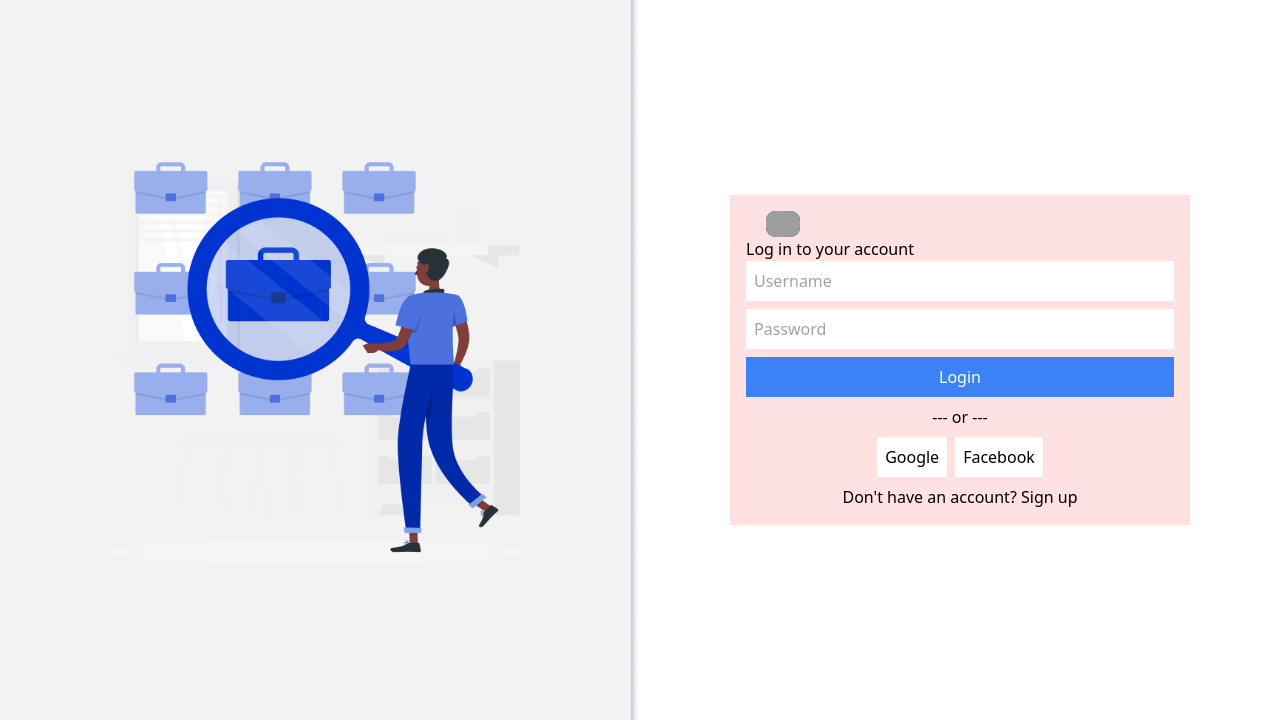
Repository: Abdibaye/Job-Sphere
Page: /
These files come from the project's save history. The page is drawn as it stood at one moment and after the next save; the edit follows.
The browser window is 1280 px wide. The pictures show the whole page.
Pictures or frames that could not be fetched are drawn as grey boxes. The project was rebuilt for these pictures with package versions that can differ from the ones it lists, and the page was loaded fresh each time. Also part of the build but not shown: vite.config.js, src/components/navbar.jsx, src/components/search.jsx, src/components/job.jsx, src/components/feed.jsx, src/components/saved.jsx, src/components/filter.jsx, src/components/pagination.jsx and 1 more.

Above is the page before, as saved 2025-02-17 22:59:06.

After the next save:
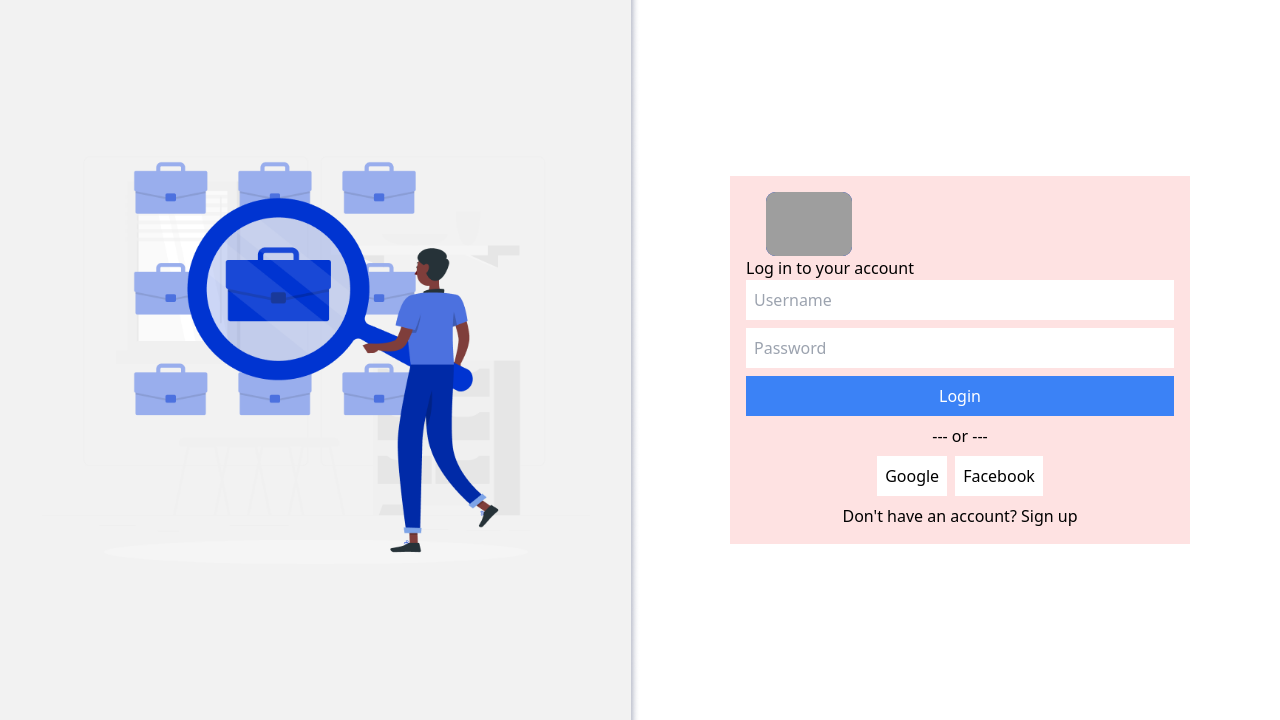
Saved 101 s later.
--- a/src/pages/loginpage.jsx
+++ b/src/pages/loginpage.jsx
@@ -21,7 +21,7 @@ function LoginPage() {
             {/* Login Form Section */}
             <div className="flex items-center justify-center w-1/2">
                 <div className="bg-red-100 p-4">
-                <img className="ml-5 mr-2  rounded-[9.58px]  bg-[#0034D1] h-[76%]  w-[8%] border-blue-500 "
+                <img className="ml-5 mr-2  rounded-[9.58px]  bg-[#0034D1] h-[76%]  w-[20%] border-blue-500 "
  src="https://s3-alpha-sig.figma.com/img/9533/58bd/8fcfa53cf99bf9ff2ab7efd0b2189fa1?Expires=1739750400&Key-Pair-Id=APKAQ4GOSFWCW27IBOMQ&Signature=GjyOxVImGx3QYF2w5P5o6z1zp3qxhGbS2X9NvHVrCZUc7deaR~yAQmibtQujacykCdD-jKWxgNNLU1dSWmNQWXIFe~trJBTMAXz7DuzQTY-dJ89OfOgVZPz~jD5rJE3H3Naul5aYpY47JXAALxN9mVBsuUYLl5uowGCOYzB-iPruFPXI8EYfw7MIn7Kz1TVikh62aD1AS1dKv74EE4oB2NO80xY9zWVDQa2575nqG6mXlwyKdKIFlRqI0vIEbZiypWPGOsS~U5VnAPB6i6i2~uJGs5L~SBeEDL7-U-w6ZFf3cKHDwivGZ2yDo9PRuk8at4CkRHskK-0y4AChLAzVyQ__" alt="" />
 
                     <div>Log in to your account</div>
